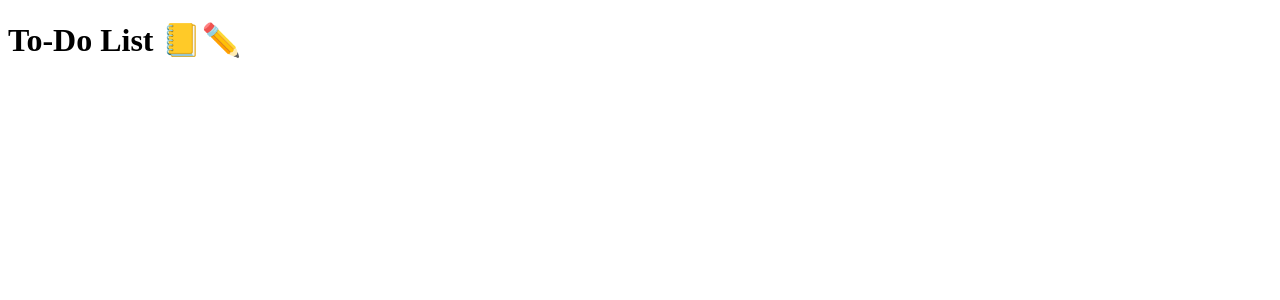
Repository: Ankitkr2021/To-Do-List
Page: index.html
These files come from the project's save history. The page is drawn as it stood at one moment and after the next save; the edit follows.
The browser window is 1280 px wide. The pictures show the whole page.

Above is the page before, as saved 2025-10-03 09:57:21.

### index.html
<!DOCTYPE html>
<html lang="en">
<head>
    <meta charset="UTF-8">
    <meta name="viewport" content="width=device-width, initial-scale=1.0">
    <title>To-Do-List</title>
</head>
<body>
    <div class="box">
        <h1>To-Do List 📒✏️</h1>
    </div>
</body>
</html>

After the next save:
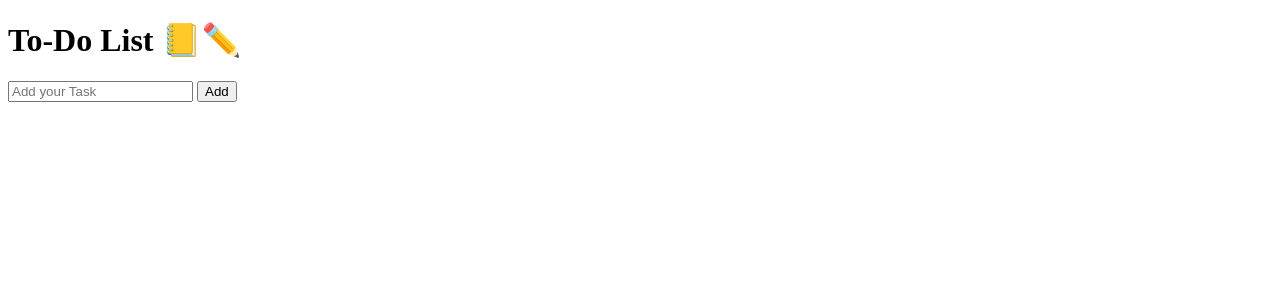
Saved 76 s later.
--- a/index.html
+++ b/index.html
@@ -8,6 +8,10 @@
 <body>
     <div class="box">
         <h1>To-Do List 📒✏️</h1>
+        <div class="task">
+        <input id="add" type="text" placeholder="Add your Task">
+        <button type="submit">Add</button>
+        </div>
     </div>
 </body>
 </html>
